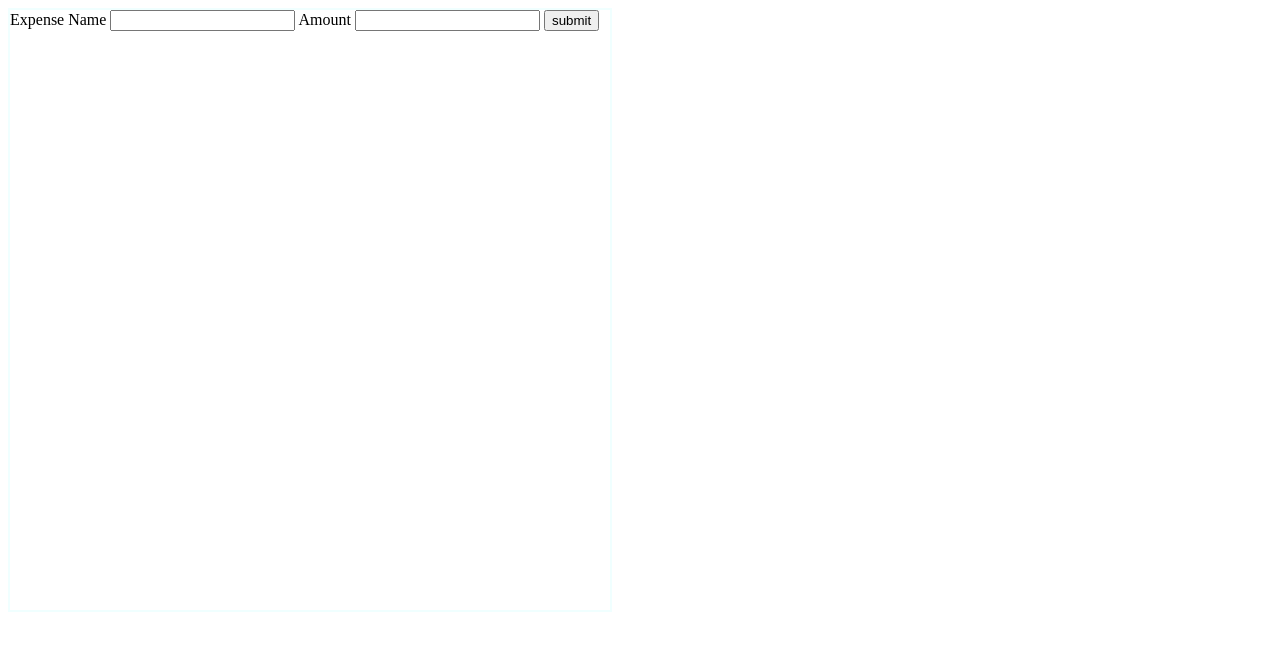
Repository: sarthak-tyagi123/expensetracker12
Page: http://localhost/
An editor plug-in stored every save of this project. The page is shown before and after a run of saves, followed by the edit.
The browser window is 1280 px wide. The pictures show the whole page.
The page is served by the project's Node server (app.js).

Above is the page before, as saved 2025-06-20 23:51:59.

After the next 3 saves:
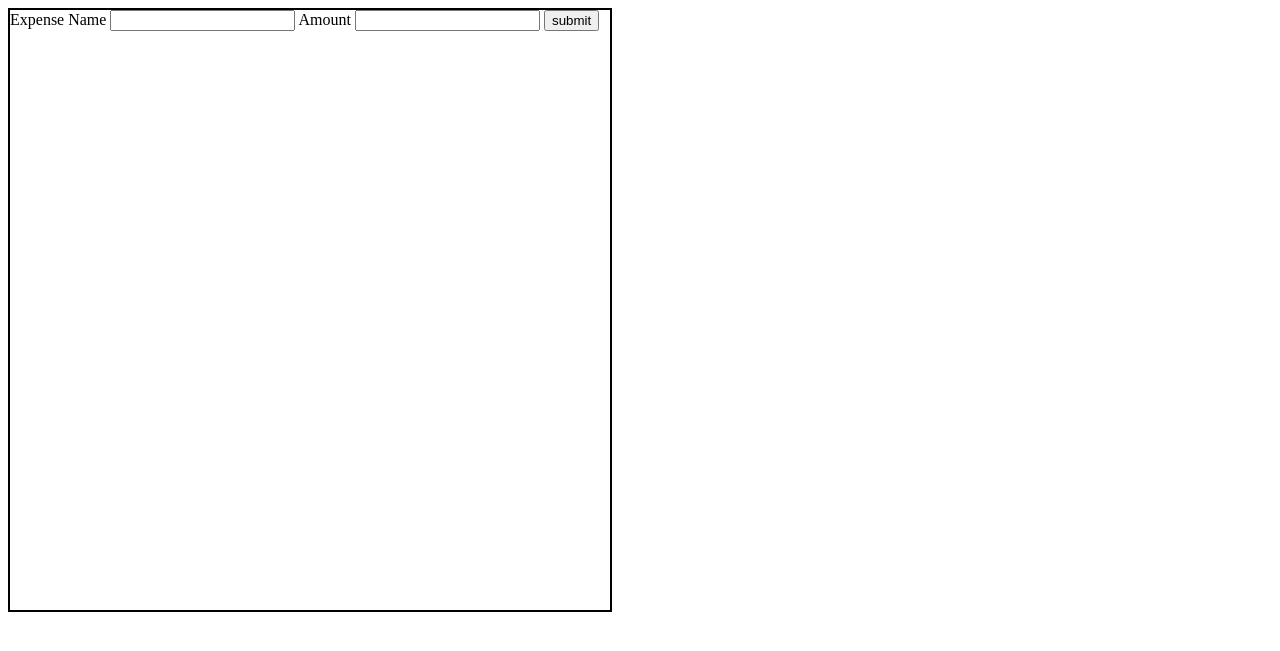
The 3 saves are shown as one change because they came seconds apart.
The last was saved 9 s later.
--- a/views/1.ejs
+++ b/views/1.ejs
@@ -8,7 +8,7 @@
        .container{
              height: 600px;
              width: 600px;
-             border:2px azure solid;
+             border:2px solid  black;
 
        }
     </style>
